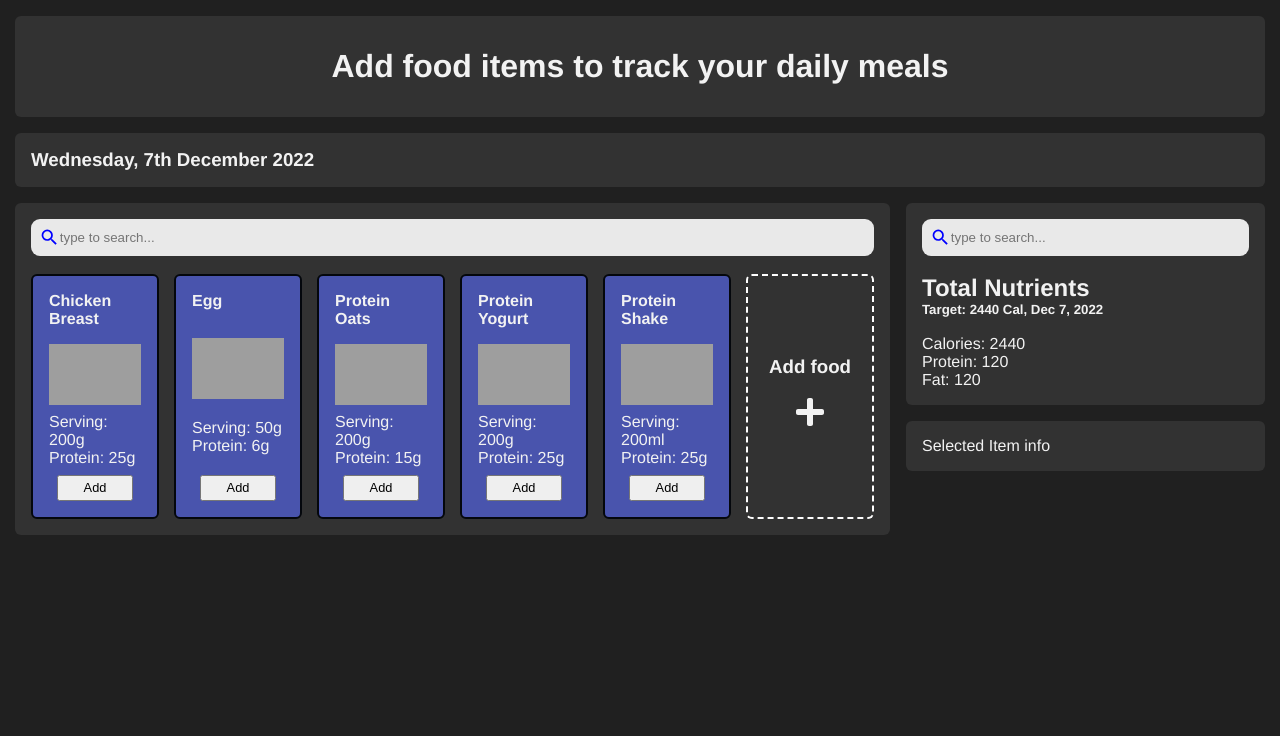
Repository: CEEPREL/NutritionTracker
Page: /
The author's editor kept a copy of each file at every save. The page is drawn from the files as they stood at one save, then again after the next save.
The browser window is 1280 px wide. The pictures show the whole page.
Pictures or frames that could not be fetched are drawn as grey boxes. The project was rebuilt for these pictures with package versions that can differ from the ones it lists, and the page was loaded fresh each time. Also part of the build but not shown: vite.config.js.

Above is the page before, as saved 2022-12-08 22:03:23.

After the next save:
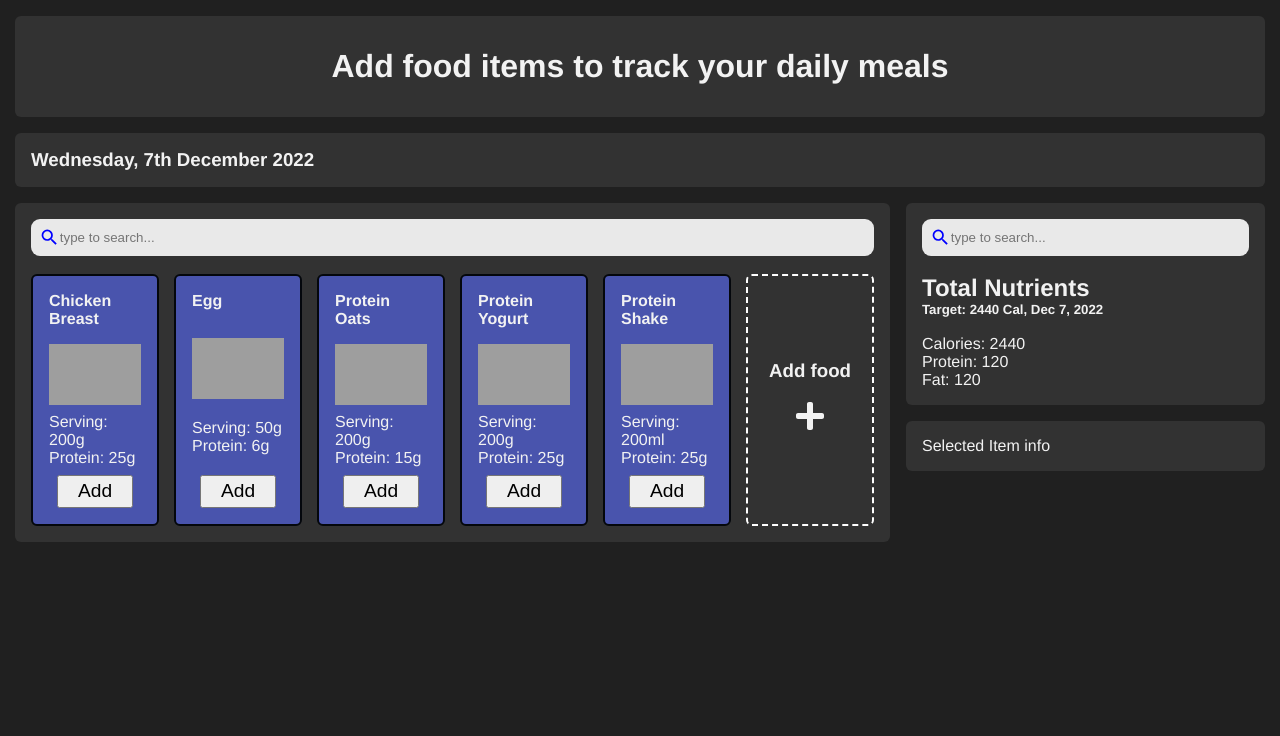
Saved 8 s later.
--- a/src/App.css
+++ b/src/App.css
@@ -98,7 +98,7 @@ body {
 }
 
 .add-btn {
-  font-size: 0.8rem;
+  font-size: 1.2rem;
   padding: 0.2rem;
   margin-left: 0.5rem;
   margin-right: 0.5rem;
